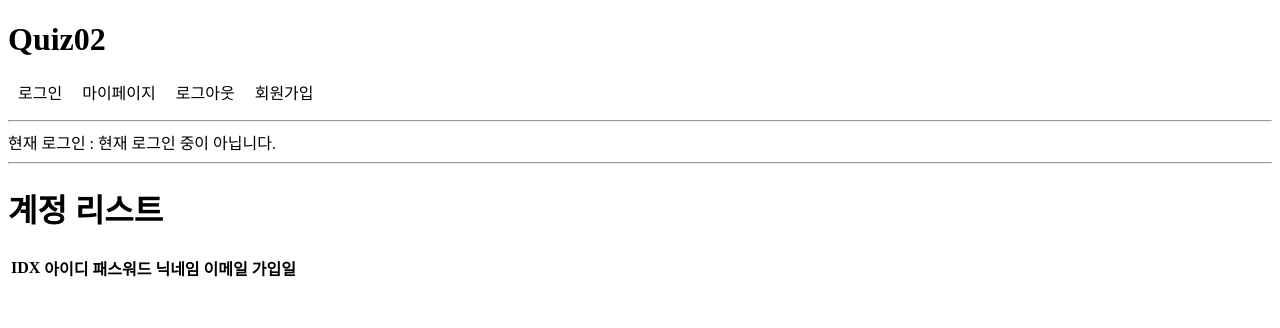
Repository: ChimmyWorld/JSP
Page: http://localhost/Day50/quiz2/home.jsp
These files come from the project's save history. The page is drawn as it stood at one moment and after the next save; the edit follows.
The browser window is 1280 px wide. The pictures show the whole page.
The page is served by Tomcat 9. Other server files are loaded and not shown. Queries for data that is not in the repository find no rows.

Above is the page before, as saved 2023-09-19 05:47:57.

### Day50/WebContent/quiz2/home.jsp
<%@page import="model.DAO"%>
<%@page import="java.util.List"%>
<%@page import="beans.AccountVO"%>
<%@ page language="java" contentType="text/html; charset=UTF-8"
    pageEncoding="UTF-8"%>
<%@ include file="header.jsp" %>

	<% List<AccountVO> list = dao.selectAll(); %>
	<h1>계정 리스트</h1>
	<table>

		<tr>
			<th>IDX</th>
			<th>아이디</th>
			<th>패스워드</th>
			<th>닉네임</th>
			<th>이메일</th>
			<th>가입일</th>
		</tr>
		<% for(AccountVO row : list)  {%>
		<tr>
			<td><%=row.getIdx() %></td>
			<td><%=row.getUserid() %></td>
			<td><%=row.getUserpw() %></td>
			<td><%=row.getNick() %></td>
			<td><%=row.getEmail() %></td>
			<td><%=row.getJoin_date() %></td>
		</tr>

		<% } %>
	</table>
</body>
</html>

### Day50/WebContent/quiz2/header.jsp
<%@page import="beans.AccountVO"%>
<%@ page language="java" contentType="text/html; charset=UTF-8"
    pageEncoding="UTF-8"%>
<!DOCTYPE html>
<html>
<head>
<meta charset="UTF-8">
<title>header.jsp</title>

<link rel="stylesheet" href="../css/style.css">
</head>
<body>
	<jsp:useBean id="dao" class="model.AccountDAO"/>

	<%
		AccountVO user = (AccountVO)session.getAttribute("user");

		String login = "logout";
		String myPage = "myPage";

		if (user == null) {
			user = new AccountVO();
			user.setNick("현재 로그인 중이 아닙니다.");

			login = "login";
			myPage ="";
		}
	%>

	<h1>Quiz02</h1>

	<ul class="menu">
		<li><a href="login.jsp">로그인</a></li>
		<li><a href="myPage.jsp">마이페이지</a>
		<li><a href="logout.jsp">로그아웃</a>
		<li><a href="signUp.jsp">회원가입</a>
	</ul>

	<hr>
	<div>현재 로그인 : <%=user.getNick() %></div>
	<hr>

</body>
</html>

### Day50/src/model/DAO.java
package model;

import java.sql.Connection;
import java.sql.PreparedStatement;
import java.sql.ResultSet;
import java.sql.SQLException;
import java.sql.Statement;

import javax.naming.Context;
import javax.naming.InitialContext;
import javax.naming.NamingException;
import javax.sql.DataSource;

public class DAO {
	protected Context ct;
	protected DataSource ds;

	protected Connection conn;
	protected Statement stmt;
	protected PreparedStatement pstmt;
	protected ResultSet rs;

	public DAO() {
		try {
			ct = new InitialContext();
			ds = (DataSource) ct.lookup("java:comp/env/jdbc/oracle");



		} catch (NamingException e) {
			System.err.println("생성자 예외" + e.getMessage());
		} finally {
			close();
		}

	}

	protected void close() {
		try {
			if (rs != null) rs.close();
			if (pstmt != null) pstmt.close();
			if (stmt != null) stmt.close();
			if (conn != null) conn.close();

		} catch (Exception e) {}
	}

	public String test() {
		String sql = "select banner from v$version";
		try {
			conn = ds.getConnection();
			stmt = conn.createStatement();
			rs = stmt.executeQuery(sql);

			rs.next();

			return rs.getString("banner");

		} catch (SQLException e) {
			System.err.println("test 예외 :" + e.getMessage());
		} finally {
			close();
		}

		return null;
	}
}

### Day50/src/model/AccountDAO.java
package model;

import java.sql.ResultSet;
import java.sql.SQLException;
import java.util.ArrayList;
import java.util.List;

import beans.AccountVO;

public class AccountDAO extends DAO{

	private AccountVO mapper(ResultSet rs) throws SQLException{
		AccountVO row = new AccountVO();

		row.setEmail(rs.getString("email"));
		row.setIdx(rs.getInt("idx"));
		row.setJoin_date(rs.getDate("join_date"));
		row.setNick(rs.getString("nick"));
		row.setUserid(rs.getString("userid"));
		row.setUserpw(rs.getString("userpw"));

		return row;
	}

	public List<AccountVO> selectAll(){
		String sql = "select * from account";

		try {
			conn = ds.getConnection();
			stmt = conn.createStatement();
			rs = stmt.executeQuery(sql);

			List<AccountVO> list = new ArrayList<>();

			while (rs.next()) {
				AccountVO row = mapper(rs);
				list.add(row);
			}

			return list;
		} catch(SQLException e) {
			System.err.println("selectAll 예외" + e.getMessage());
		} finally {
			close();
		}
		return null;
	}

	public AccountVO selectOne(AccountVO input) {
		String sql = "select * "
				+ "from account where "
				+ "userid = ? "
				+ "and userpw = ?";

		try {
			conn = ds.getConnection();
			pstmt = conn.prepareStatement(sql);

			pstmt.setString(1, input.getUserid());
			pstmt.setString(2, input.getUserpw());

			rs = pstmt.executeQuery();
			rs.next();

			AccountVO row = mapper(rs);

			return row;
		} catch (SQLException e) {
			System.err.println("selectOne 예외 " + e.getMessage());
		} finally {
			close();
		}
		return null;
	}

}

### Day50/src/beans/AccountVO.java
package beans;
/*
 IDX       NOT NULL NUMBER
USERID    NOT NULL VARCHAR2(20)
USERPW    NOT NULL VARCHAR2(20)
NICK      NOT NULL VARCHAR2(100)
EMAIL     NOT NULL VARCHAR2(100)
JOIN_DATE          DATE
 */

import java.sql.Date;

public class AccountVO {
	private int idx;
	private String userid;
	private String userpw;
	private String nick;
	private String Email;
	private Date join_date;
	public int getIdx() {
		return idx;
	}
	public void setIdx(int idx) {
		this.idx = idx;
	}
	public String getUserid() {
		return userid;
	}
	public void setUserid(String userid) {
		this.userid = userid;
	}
	public String getUserpw() {
		return userpw;
	}
	public void setUserpw(String userpw) {
		this.userpw = userpw;
	}
	public String getNick() {
		return nick;
	}
	public void setNick(String nick) {
		this.nick = nick;
	}
	public String getEmail() {
		return Email;
	}
	public void setEmail(String email) {
		Email = email;
	}
	public Date getJoin_date() {
		return join_date;
	}
	public void setJoin_date(Date join_date) {
		this.join_date = join_date;
	}





}

### Day50/WebContent/css/style.css
@charset "UTF-8";
a{
	color: inherit;
	text-decoration: none;
}
nav {
	display: flex;
	justify-content: space-between;
}
.menu {
	list-style: none;
	padding: 0;
	display: flex;
}
.menu > li {
	margin: 0 10px;
}
.accounts{
	border-collapse: collapse;
}
.accounts th, .accounts td {
	border: 1px solid #a0a0a0;
	padding: 5px 10px;
}

After the next save:
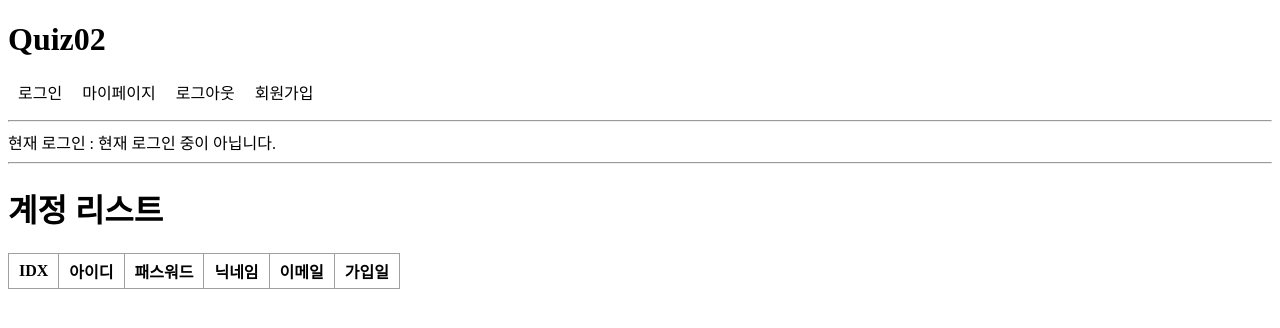
Saved 34 s later.
--- a/Day50/WebContent/quiz2/home.jsp
+++ b/Day50/WebContent/quiz2/home.jsp
@@ -7,7 +7,7 @@
 
 	<% List<AccountVO> list = dao.selectAll(); %>
 	<h1>계정 리스트</h1>
-	<table>
+	<table class="accounts">
 
 		<tr>
 			<th>IDX</th>
